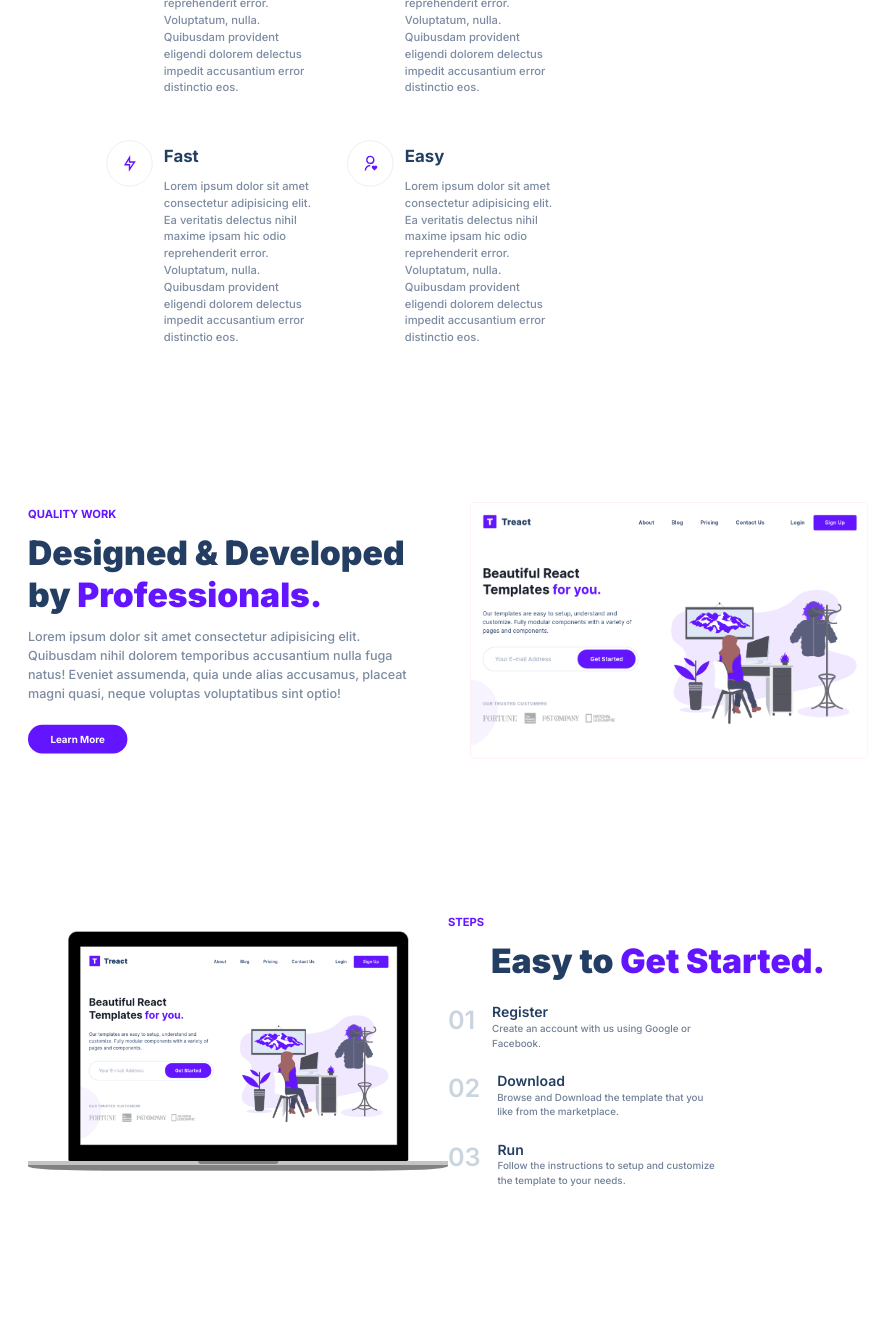
Repository: avivanguyen/m2_fianlProject
Page: index.html
The author's editor kept a copy of each file at every save. The page is drawn from the files as they stood at one save, then again after a run of saves.
The browser window is 1280 px wide. The pictures show the part of the page from y = 1619 to 3539 px (the page is 3539 px tall), at 70% of full size.
Some web libraries are served in a nearby version.

Above is the page before, as saved 2025-12-09 02:54:09.

After the next 3 saves:
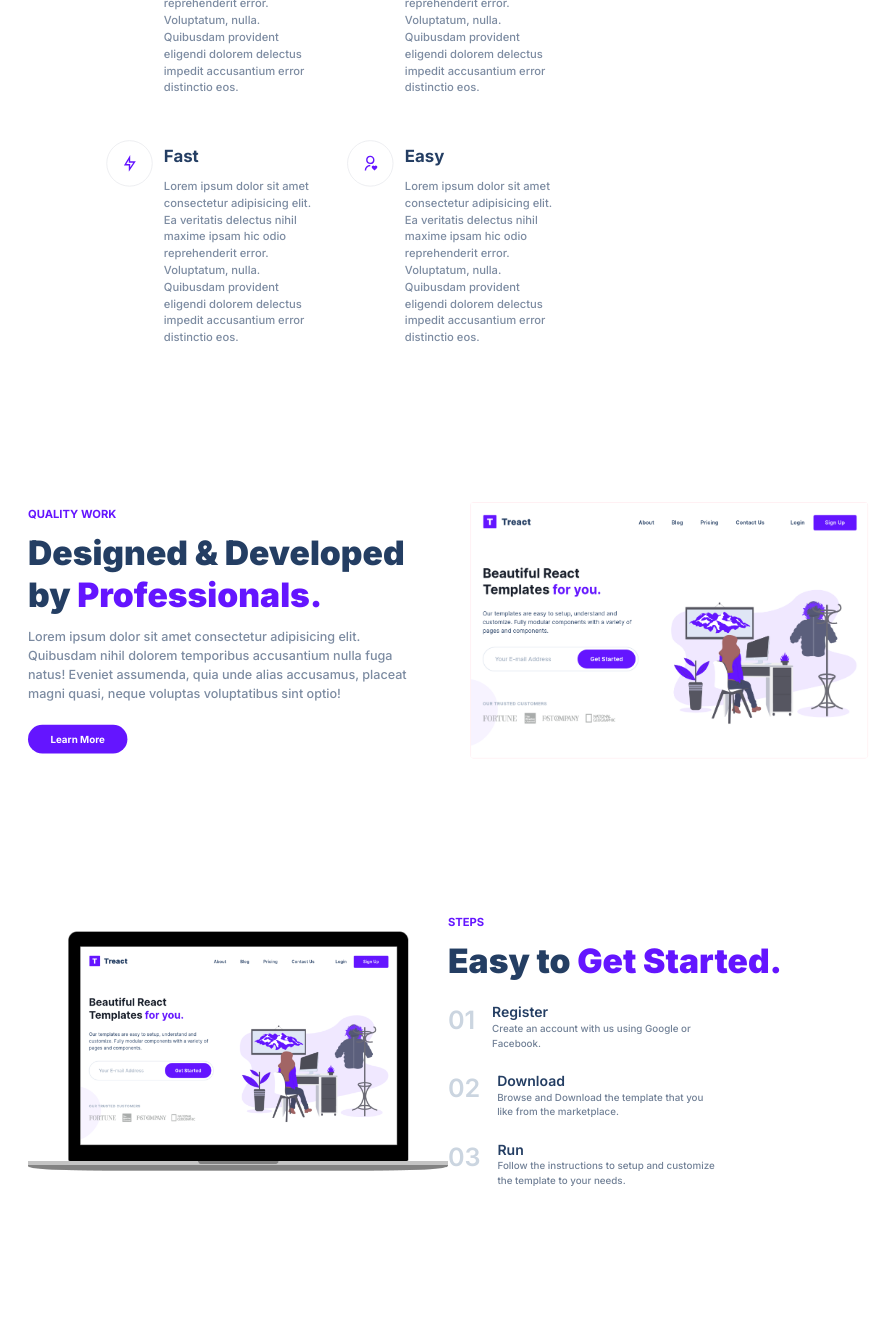
The 3 saves are shown as one change because they came seconds apart.
The last was saved 9 s later.
--- a/styles.css
+++ b/styles.css
@@ -392,5 +392,5 @@ Steps styling
 }
 
 .steps__description .section__title {
-
-}
+    text-align: left;
+}
